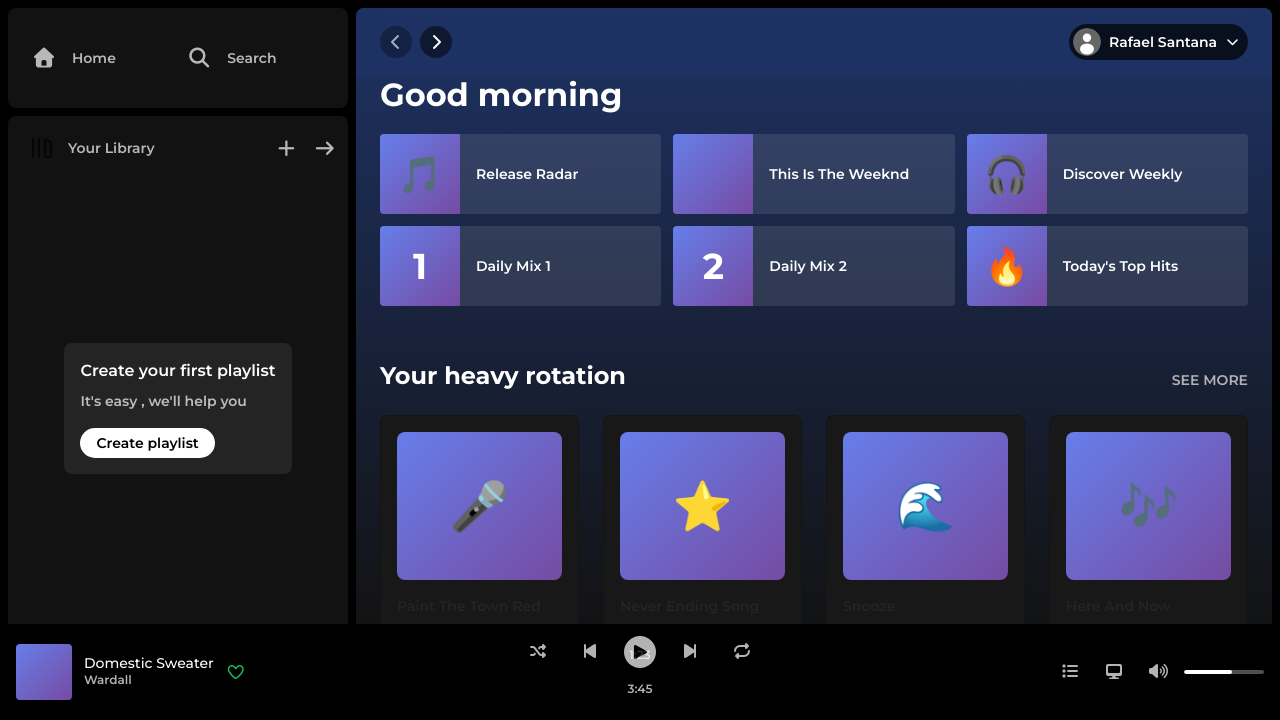
Repository: ketanBisht/spotifyFrontEnd
Page: index.html
The author's editor kept a copy of each file at every save. The page is drawn from the files as they stood at one save, then again after a run of saves.
The browser window is 1280 px wide. The pictures show the whole page.
An inner scrolling area shows only its first screen. Some web fonts or font styles are not loaded; a fallback is used. Some web libraries are served in a nearby version.

Above is the page before, as saved 2025-08-25 23:04:28.

After the next 3 saves:
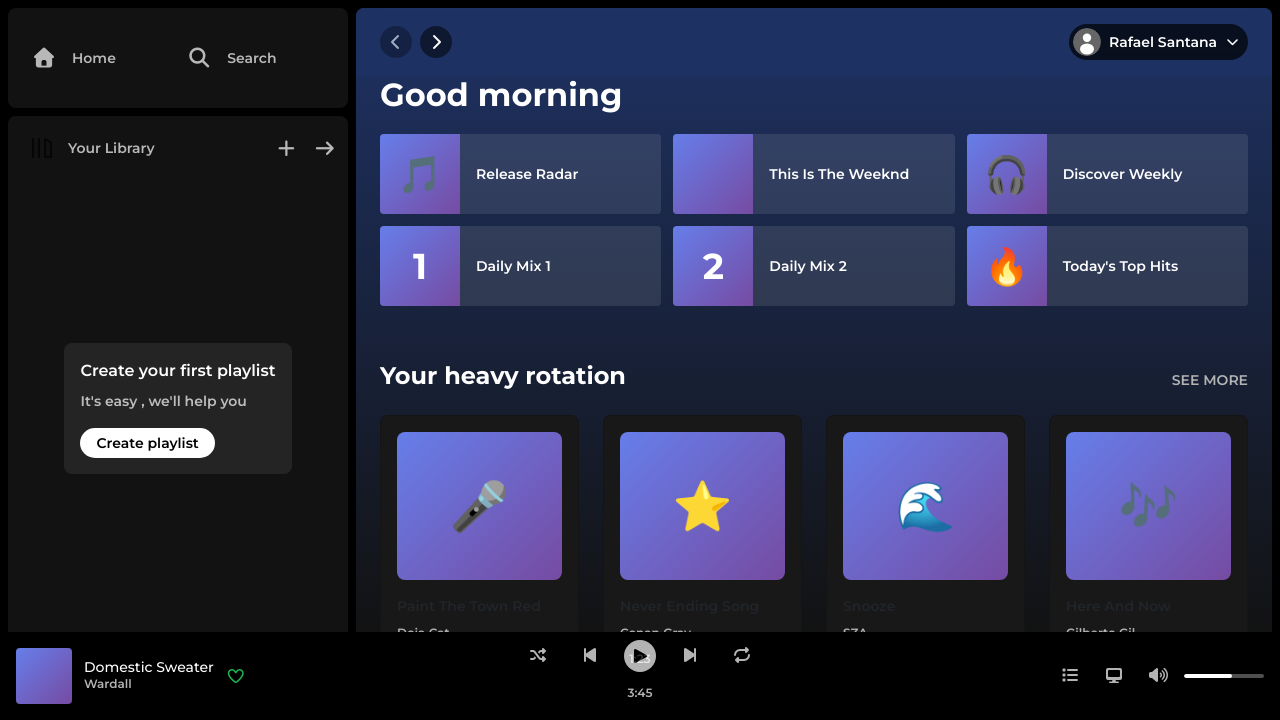
The 3 saves are shown as one change because they came seconds apart.
The last was saved 9 s later.
--- a/try.css
+++ b/try.css
@@ -37,7 +37,7 @@
             bottom: 0;
             left: 0;
             width: 100%;
-            height: 6rem;
+            height: 5.5rem;
             background-color: #000;
             display: flex;
             align-items: center;
